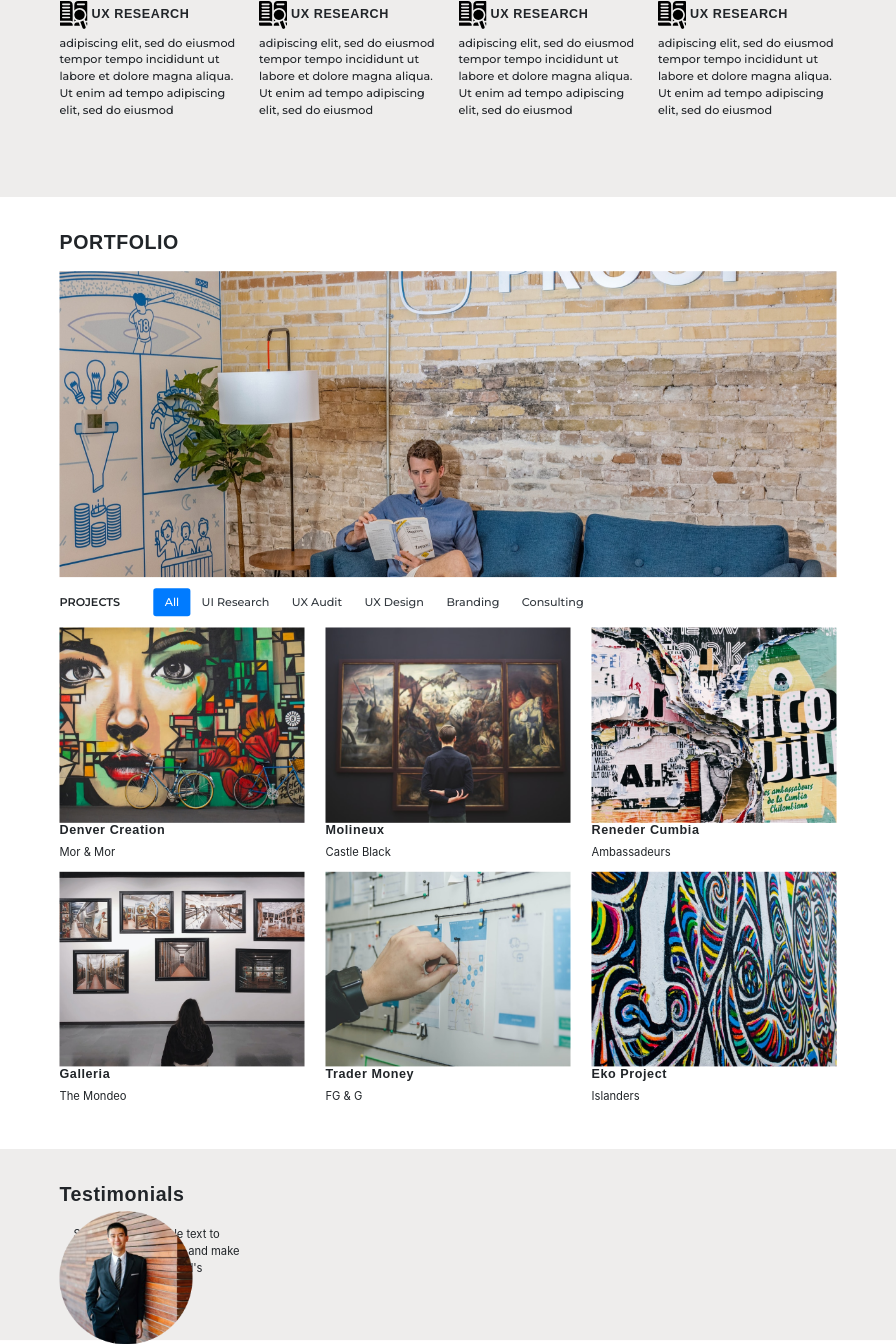
Repository: Syfon01/hng-port
Page: index.html
An editor plug-in stored every save of this project. The page is shown before and after the next save, followed by the edit.
The browser window is 1280 px wide. The pictures show the part of the page from y = 1619 to 3539 px (the page is 3539 px tall), at 70% of full size.
Some web fonts or font styles are not loaded; a fallback is used.

Above is the page before, as saved 2020-06-28 19:25:14.

### index.html
<!doctype html>
<html lang="en">
  <head>
    <title>Resume</title>
    <!-- Required meta tags -->
    <meta charset="utf-8">
    <meta name="viewport" content="width=device-width, initial-scale=1, shrink-to-fit=no">

    <!-- Bootstrap CSS -->
    <link rel="stylesheet" href="https://stackpath.bootstrapcdn.com/bootstrap/4.5.0/css/bootstrap.min.css"
      integrity="sha384-9aIt2nRpC12Uk9gS9baDl411NQApFmC26EwAOH8WgZl5MYYxFfc+NcPb1dKGj7Sk" crossorigin="anonymous">
    <link rel="stylesheet" href="style.css">
  </head>
  <body>
    <section id="home">
      <div class="container pt-3">
        <nav class="navbar navbar-expand-lg navbar-light text-white navigation">
          <a class="navbar-brand head-logo px-3 py-1" href="#">A-Z Creative</a>
          <button class="navbar-toggler" type="button" data-toggle="collapse" data-target="#navbarNav" aria-controls="navbarNav"
            aria-expanded="false" aria-label="Toggle navigation">
            <span class="navbar-toggler-icon"></span>
          </button>
          <div class="collapse navbar-collapse" id="navbarNav">
            <ul class="navbar-nav ml-auto">
              <li class="nav-item active">
                <a class="nav-link head-link" href="#">Home <span class="sr-only">(current)</span></a>
              </li>
              <li class="nav-item">
                <a class="nav-link head-link" href="#">About Us</a>
              </li>
              <li class="nav-item">
                <a class="nav-link head-link" href="#">Services</a>
              </li>
              <li class="nav-item">
                <a class="nav-link head-link" href="#">Portfolio</a>
              </li>
              <li class="nav-item">
                <a class="nav-link head-link" href="#">Testimonials</a>
              </li>
              <li class="nav-item">
                <a class="nav-link head-link " href="#">Contact Us</a>
              </li>
            </ul>
          </div>
        </nav>

        <div class="home-content text-white text-center py-5">
          <h1 class="head-text py-3">CREATIVITY <span style="color: white;">IS</span>
            <br>
            INTELLIGENCE <span style="color: white;">HAVING FUN.</span></h1>
          <p class="head-sub-text py-3">Our personal and effective approach to every <br> project we work on, is why our clients <br> keep coming back.</p>
          <button type="submit" class="btn head-btn btn-light px-4">Get Started</button>
        </div>
      </div>

    </section>

    <section id="about">
      <div class="container py-5">
        <h3>ABOUT A-Z CREATIVES</h3>

        <div class="row py-4">
          <div class="col-lg-8 col-md-8 col-sm-12 col-12">
              <img src="./img/about.png" alt="" srcset="" class="img-fluid">
          </div>

          <div class="col-lg-4 col-md-4 col-sm-12 col-12">
            <p class="about-text">Lorem ipsum dolor sit amet, consectetur adipiscing elit, sed do eiusmod tempor incididunt ut labore et dolore magna aliqua. Ut enim ad minim veniam, quis nostrud exercitation ullamco laboris nisi ut aliquip ex ea commodo consequat. Duis aute irure dolor in reprehenderit in voluptate velit esse cillum dolore eu fugiat nulla pariatur. Excepteur sint occaecat cupidatat non proident, sunt in culpa qui officia deserunt mollit anim id est laborum.</p>
          </div>
        </div>

        <h3 class="py-3">Our personal and effective approach to every project we work on, is why our clients keep coming back.</h3>
      </div>
    </section>

    <section id="services">
      <div class="container py-5">
        <h3>
          OUR SERVICES
        </h3>
        <h4 class="py-3">
          Lorem ipsum dolor sit amet, consectetur adipiscing elit, sed do eiusmod tempor incididunt ut labore et dolore magna
          aliqua. Ut enim ad minim veniam, quis nostrud exercitation ullamco laboris nisi ut aliquip ex ea commodo consequat.
        </h4>

        <div class="row py-5">
          <div class="col-lg-3 col-md-6 col-sm-12 ">
            <h5><img src="./img/svg/ux.svg">  UX RESEARCH</h5>
            <p class="services-text">
              adipiscing elit, sed do eiusmod tempor tempo incididunt ut labore et dolore magna aliqua. Ut enim ad tempo
              adipiscing elit, sed do eiusmod
            </p>
          </div>
          <div class="col-lg-3 col-md-6 col-sm-12 ">
          <h5><img src="./img/svg/ux.svg"> UX RESEARCH</h5>
          <p class="services-text">
            adipiscing elit, sed do eiusmod tempor tempo incididunt ut labore et dolore magna aliqua. Ut enim ad tempo
            adipiscing elit, sed do eiusmod
          </p>
          </div>
          <div class="col-lg-3 col-md-6 col-sm-12 ">
            <h5><img src="./img/svg/ux.svg"> UX RESEARCH</h5>
            <p class="services-text">
              adipiscing elit, sed do eiusmod tempor tempo incididunt ut labore et dolore magna aliqua. Ut enim ad tempo
              adipiscing elit, sed do eiusmod
            </p>
          </div>
          <div class="col-lg-3 col-md-6 col-sm-12 ">
            <h5><img src="./img/svg/ux.svg"> UX RESEARCH</h5>
            <p class="services-text">
              adipiscing elit, sed do eiusmod tempor tempo incididunt ut labore et dolore magna aliqua. Ut enim ad tempo
              adipiscing elit, sed do eiusmod
            </p>
          </div>
        </div>
      </div>
    </section>

    <section id="portfolio">
        <div class="container py-5">
          <h3>PORTFOLIO</h3>
          <div class="img py-3">
            <img src="./img/portfolio.png" alt="" class="img-fluid">
          </div>

          <div class="pill">
            <ul class="nav nav-pills mb-3" id="pills-tab" role="tablist">
              <li class="nav-item projects mr-5 mt-2">
                PROJECTS
              </li>
              <li class="nav-item" role="presentation">
                <a class="nav-link active projects-link" id="pills-all-tab" data-toggle="pill" href="#pills-all" role="tab"
                  aria-controls="pills-all" aria-selected="true">All</a>
              </li>
              <li class="nav-item" role="presentation">
                <a class="nav-link text-dark projects-link" id="pills-reasearch-tab" data-toggle="pill" href="#pills-reasearch" role="tab"
                  aria-controls="pills-reasearch" aria-selected="false">UI Research</a>
              </li>
              <li class="nav-item" role="presentation">
                <a class="nav-link text-dark projects-link" id="pills-audit-tab" data-toggle="pill" href="#pills-audit" role="tab"
                  aria-controls="pills-audit" aria-selected="false">UX Audit</a>
              </li>
              <li class="nav-item" role="presentation">
                <a class="nav-link text-dark projects-link" id="pills-design-tab" data-toggle="pill" href="#pills-design" role="tab"
                  aria-controls="pills-design" aria-selected="false">UX Design</a>
              </li>
              <li class="nav-item" role="presentation">
                <a class="nav-link text-dark projects-link" id="pills-branding-tab" data-toggle="pill" href="#pills-branding" role="tab"
                  aria-controls="pills-branding" aria-selected="false">Branding</a>
              </li>
              <li class="nav-item" role="presentation">
                <a class="nav-link text-dark projects-link" id="pills-consulting-tab" data-toggle="pill" href="#pills-consulting" role="tab"
                  aria-controls="pills-consulting" aria-selected="false">Consulting</a>
              </li>
            </ul>
            <!-- all tabs  -->
            <div class="tab-content" id="pills-tabContent">
              <div class="tab-pane fade show active" id="pills-all" role="tabpanel" aria-labelledby="pills-all-tab">
                <div class="row">
                  <div class="col-lg-4 col-md-4 col-sm-6">
                    <img src="./img/port1.png" alt="" srcset="" class="img-fluid">
                    <h5 class="project-name"> Denver Creation</h5>
                    <p class="project-owner">Mor & Mor</p>
                  </div>
                  <div class="col-lg-4 col-md-4 col-sm-6">
                    <img src="./img/port2.png" alt="" srcset="" class="img-fluid">
                    <h5 class="project-name"> Molineux</h5>
                    <p class="project-owner">Castle Black</p>
                  </div>
                  <div class="col-lg-4 col-md-4 col-sm-6">
                    <img src="./img/port3.png" alt="" srcset="" class="img-fluid">
                    <h5 class="project-name"> Reneder Cumbia</h5>
                    <p class="project-owner">Ambassadeurs</p>
                  </div>
                </div>

                <div class="row">
                  <div class="col-lg-4 col-md-4 col-sm-6">
                    <img src="./img/port4.png" alt="" srcset="" class="img-fluid">
                    <h5 class="project-name"> Galleria</h5>
                    <p class="project-owner">The Mondeo</p>
                  </div>
                  <div class="col-lg-4 col-md-4 col-sm-6">
                    <img src="./img/port5.png" alt="" srcset="" class="img-fluid">
                    <h5 class="project-name"> Trader Money</h5>
                    <p class="project-owner">FG & G</p>
                  </div>
                  <div class="col-lg-4 col-md-4 col-sm-6">
                    <img src="./img/port6.png" alt="" srcset="" class="img-fluid">
                    <h5 class="project-name"> Eko Project</h5>
                    <p class="project-owner">Islanders</p>
                  </div>
                </div>
              </div>
                <!-- ui/ux research  -->
              <div class="tab-pane fade" id="pills-reasearch" role="tabpanel" aria-labelledby="pills-reasearch-tab">
                  <div class="row">
                    <div class="col-lg-4 col-md-4 col-sm-6">
                      <img src="./img/port6.png" alt="" srcset="" class="img-fluid">
                      <h5 class="project-name"> Eko Project</h5>
                      <p class="project-owner">Islanders</p>
                    </div>
                    <div class="col-lg-4 col-md-4 col-sm-6">
                      <img src="./img/port5.png" alt="" srcset="" class="img-fluid">
                      <h5 class="project-name"> Trader Money</h5>
                      <p class="project-owner">FG & G</p>
                    </div>
                    <div class="col-lg-4 col-md-4 col-sm-6">
                      <img src="./img/port4.png" alt="" srcset="" class="img-fluid">
                      <h5 class="project-name"> Galleria</h5>
                      <p class="project-owner">The Mondeo</p>
                    </div>
                  </div>

                  <div class="row">
                    <div class="col-lg-4 col-md-4 col-sm-6">
                      <img src="./img/port3.png" alt="" srcset="" class="img-fluid">
                      <h5 class="project-name"> Reneder Cumbia</h5>
                      <p class="project-owner">Ambassadeurs</p>
                    </div>
                    <div class="col-lg-4 col-md-4 col-sm-6">
                      <img src="./img/port2.png" alt="" srcset="" class="img-fluid">
                      <h5 class="project-name"> Molineux</h5>
                      <p class="project-owner">Castle Black</p>
                    </div>
                    <div class="col-lg-4 col-md-4 col-sm-6">
                      <img src="./img/port1.png" alt="" srcset="" class="img-fluid">
                      <h5 class="project-name"> Denver Creation</h5>
                      <p class="project-owner">Mor & Mor</p>
                    </div>
                  </div>
              </div>
              <!-- ui audit -->
              <div class="tab-pane fade" id="pills-audit" role="tabpanel" aria-labelledby="pills-audit-tab">
                <div class="row">
                  <div class="col-lg-4 col-md-4 col-sm-6">
                    <img src="./img/port3.png" alt="" srcset="" class="img-fluid">
                    <h5 class="project-name"> Reneder Cumbia</h5>
                    <p class="project-owner">Ambassadeurs</p>
                  </div>
                  <div class="col-lg-4 col-md-4 col-sm-6">
                    <img src="./img/port2.png" alt="" srcset="" class="img-fluid">
                    <h5 class="project-name"> Molineux</h5>
                    <p class="project-owner">Castle Black</p>
                  </div>
                  <div class="col-lg-4 col-md-4 col-sm-6">
                    <img src="./img/port1.png" alt="" srcset="" class="img-fluid">
                    <h5 class="project-name"> Denver Creation</h5>
                    <p class="project-owner">Mor & Mor</p>
                  </div>
                </div>

                <div class="row">
                  <div class="col-lg-4 col-md-4 col-sm-6">
                    <img src="./img/port6.png" alt="" srcset="" class="img-fluid">
                    <h5 class="project-name"> Eko Project</h5>
                    <p class="project-owner">Islanders</p>
                  </div>
                  <div class="col-lg-4 col-md-4 col-sm-6">
                    <img src="./img/port5.png" alt="" srcset="" class="img-fluid">
                    <h5 class="project-name"> Trader Money</h5>
                    <p class="project-owner">FG & G</p>
                  </div>
                  <div class="col-lg-4 col-md-4 col-sm-6">
                    <img src="./img/port4.png" alt="" srcset="" class="img-fluid">
                    <h5 class="project-name"> Denver Creation</h5>
                    <p class="project-owner">Mor & Mor</p>
                  </div>
                </div>
              </div>

              <!-- design -->
              <div class="tab-pane fade" id="pills-design" role="tabpanel" aria-labelledby="pills-design-tab">
                <div class="row">
                  <div class="col-lg-4 col-md-4 col-sm-6">
                    <img src="./img/port1.png" alt="" srcset="" class="img-fluid">
                    <h5 class="project-name"> Denver Creation</h5>
                    <p class="project-owner">Mor & Mor</p>
                  </div>
                  <div class="col-lg-4 col-md-4 col-sm-6">
                    <img src="./img/port3.png" alt="" srcset="" class="img-fluid">
                    <h5 class="project-name"> Reneder Cumbia</h5>
                    <p class="project-owner">Ambassadeurs</p>
                  </div>
                  <div class="col-lg-4 col-md-4 col-sm-6">
                    <img src="./img/port5.png" alt="" srcset="" class="img-fluid">
                    <h5 class="project-name"> Trader Money</h5>
                    <p class="project-owner">FG & G</p>
                  </div>
                </div>

                <div class="row">
                  <div class="col-lg-4 col-md-4 col-sm-6">
                    <img src="./img/port2.png" alt="" srcset="" class="img-fluid">
                    <h5 class="project-name"> Molineux</h5>
                    <p class="project-owner">Castle Black</p>
                  </div>
                  <div class="col-lg-4 col-md-4 col-sm-6">
                    <img src="./img/port4.png" alt="" srcset="" class="img-fluid">
                    <h5 class="project-name"> Denver Creation</h5>
                    <p class="project-owner">Mor & Mor</p>
                  </div>
                  <div class="col-lg-4 col-md-4 col-sm-6">
                    <img src="./img/port6.png" alt="" srcset="" class="img-fluid">
                    <h5 class="project-name"> Eko Project</h5>
                    <p class="project-owner">Islanders</p>
                  </div>
                </div>
              </div>
              <!-- branding -->
              <div class="tab-pane fade" id="pills-branding" role="tabpanel" aria-labelledby="pills-branding-tab">
                <div class="row">
                  <div class="col-lg-4 col-md-4 col-sm-6">
                    <img src="./img/port2.png" alt="" srcset="" class="img-fluid">
                    <h5 class="project-name"> Molineux</h5>
                    <p class="project-owner">Castle Black</p>
                  </div>
                  <div class="col-lg-4 col-md-4 col-sm-6">
                    <img src="./img/port4.png" alt="" srcset="" class="img-fluid">
                    <h5 class="project-name"> Denver Creation</h5>
                    <p class="project-owner">Mor & Mor</p>
                  </div>
                  <div class="col-lg-4 col-md-4 col-sm-6">
                    <img src="./img/port6.png" alt="" srcset="" class="img-fluid">
                    <h5 class="project-name"> Eko Project</h5>
                    <p class="project-owner">Islanders</p>
                  </div>
                </div>

                <div class="row">
                  <div class="col-lg-4 col-md-4 col-sm-6">
                    <img src="./img/port1.png" alt="" srcset="" class="img-fluid">
                    <h5 class="project-name"> Denver Creation</h5>
                    <p class="project-owner">Mor & Mor</p>
                  </div>
                  <div class="col-lg-4 col-md-4 col-sm-6">
                    <img src="./img/port3.png" alt="" srcset="" class="img-fluid">
                    <h5 class="project-name"> Reneder Cumbia</h5>
                    <p class="project-owner">Ambassadeurs</p>
                  </div>
                  <div class="col-lg-4 col-md-4 col-sm-6">
                    <img src="./img/port5.png" alt="" srcset="" class="img-fluid">
                    <h5 class="project-name"> Trader Money</h5>
                    <p class="project-owner">FG & G</p>
                  </div>
                </div>
              </div>
              <!-- consulting -->
              <div class="tab-pane fade" id="pills-consulting" role="tabpanel" aria-labelledby="pills-consulting-tab">
                <div class="row">
                  <div class="col-lg-4 col-md-4 col-sm-6">
                    <img src="./img/port6.png" alt="" srcset="" class="img-fluid">
                    <h5 class="project-name"> Eko Project</h5>
                    <p class="project-owner">Islanders</p>
                  </div>
                  <div class="col-lg-4 col-md-4 col-sm-6">
                    <img src="./img/port3.png" alt="" srcset="" class="img-fluid">
                    <h5 class="project-name"> Reneder Cumbia</h5>
                    <p class="project-owner">Ambassadeurs</p>
                  </div>
                  <div class="col-lg-4 col-md-4 col-sm-6">
                    <img src="./img/port2.png" alt="" srcset="" class="img-fluid">
                    <h5 class="project-name"> Molineux</h5>
                    <p class="project-owner">Castle Black</p>
                  </div>
                </div>

                <div class="row">
                  <div class="col-lg-4 col-md-4 col-sm-6">
                    <img src="./img/port5.png" alt="" srcset="" class="img-fluid">
                    <h5 class="project-name"> Trader Money</h5>
                    <p class="project-owner">FG & G</p>
                  </div>
                  <div class="col-lg-4 col-md-4 col-sm-6">
                    <img src="./img/port4.png" alt="" srcset="" class="img-fluid">
                    <h5 class="project-name"> Denver Creation</h5>
                    <p class="project-owner">Mor & Mor</p>
                  </div>
                  <div class="col-lg-4 col-md-4 col-sm-6">
                    <img src="./img/port1.png" alt="" srcset="" class="img-fluid">
                    <h5 class="project-name"> Denver Creation</h5>
                    <p class="project-owner">Mor & Mor</p>
                  </div>
                </div>
              </div>
            </div>
          </div>
        </div>
    </section>

    <section id="testimonials">
      <div class="container py-5">
        <h3>
          Testimonials
        </h3>

        <div class="card-section">
          <div class="row">
            <div class="col-lg-4">
              <div class="card-section">
                <div class="car" style="width: 18rem;">
                  <div class="card-body">

                    <p class="card-text">Some quick example text to build on the card title and make up the bulk of the card's content.
                    </p>
                  </div>
                </div>
                <img src="./img/testimonial1.png" class="img-fluid card-image" alt="...">

              </div>
            </div>
          </div>
        </div>
      </div>

    </section>

    <!-- Optional JavaScript -->
    <!-- jQuery first, then Popper.js, then Bootstrap JS -->
    <script src="https://code.jquery.com/jquery-3.5.1.slim.min.js"
      integrity="sha384-DfXdz2htPH0lsSSs5nCTpuj/zy4C+OGpamoFVy38MVBnE+IbbVYUew+OrCXaRkfj" crossorigin="anonymous"></script>
    <script src="https://cdn.jsdelivr.net/npm/popper.js@1.16.0/dist/umd/popper.min.js"
      integrity="sha384-Q6E9RHvbIyZFJoft+2mJbHaEWldlvI9IOYy5n3zV9zzTtmI3UksdQRVvoxMfooAo" crossorigin="anonymous"></script>
    <script src="https://stackpath.bootstrapcdn.com/bootstrap/4.5.0/js/bootstrap.min.js"
      integrity="sha384-OgVRvuATP1z7JjHLkuOU7Xw704+h835Lr+6QL9UvYjZE3Ipu6Tp75j7Bh/kR0JKI" crossorigin="anonymous"></script>

  </body>
</html>

### style.css
@import url('https://fonts.googleapis.com/css2?family=Montserrat:wght@300;400;500;600;700&family=Playfair+Display+SC:wght@400;700&display=swap');

#home{
  background-image: url('/img/home.png'),
  linear-gradient(to bottom, rgba(0, 0, 0, 0.52), rgba(0, 0, 0, 0.73));
  background-size: cover;
}
.head-logo{
  font-family: 'Montserrat', sans-serif;
  font-weight: bold;
  font-size: 1.875rem;
  color: white!important;
  border: 2px solid white;
}
.head-link {
  font-family: 'Montserrat', sans-serif;
  font-weight: 500;
  font-size: 1rem;
  color: #fff!important;
}
.navigation{
  border-bottom: 3px solid white;
}
.head-text{
  font-family: 'Playfair Display SC', sans-serif;
  font-weight: bold;
  font-size: 3.125rem;
  color: #FF49C8;
}
.head-sub-text{
  font-family: 'Montserrat', sans-serif;
  font-weight: 500;
  font-size: 1.5rem;
}
.head-btn{
  font-family: 'Playfair Display SC', sans-serif;
  font-weight: bold;
  font-size: 1rem;
  border-radius: 1.875rem;
  cursor: pointer;
}
h3{
  font-family: 'Playfair Display SC', sans-serif;
  font-weight: bold;
  font-size: 1.75rem;
  letter-spacing: 0.8px;
}
.about-text{
  font-family: 'Montserrat', sans-serif;
  font-weight: 500;
  font-size: 1rem;
}
#services, #testimonials{
  background-color: #EEEDEC;
}
h4{
  font-family: 'Montserrat', sans-serif;
  font-weight: 500;
  font-size: 1.25rem;
}
h5{
  font-family: 'Playfair Display SC', sans-serif;
  font-weight: bold;
  font-size: 1.125rem;
  letter-spacing: 0.8px;
}
.services-text{
  font-family: 'Montserrat', sans-serif;
  font-weight: 500;
  font-size: 1rem;
}
.projects{
  font-family: 'Montserrat', sans-serif;
  font-weight: 600;
  font-size: 1rem;
}
.projects-link{
  font-family: 'Montserrat', sans-serif;
  font-weight: 500;
  font-size: 1rem;
}

.card-image{
  position: absolute;
  top:0;
  left:0;
}

.card-section{
  position:relative
}

After the next save:
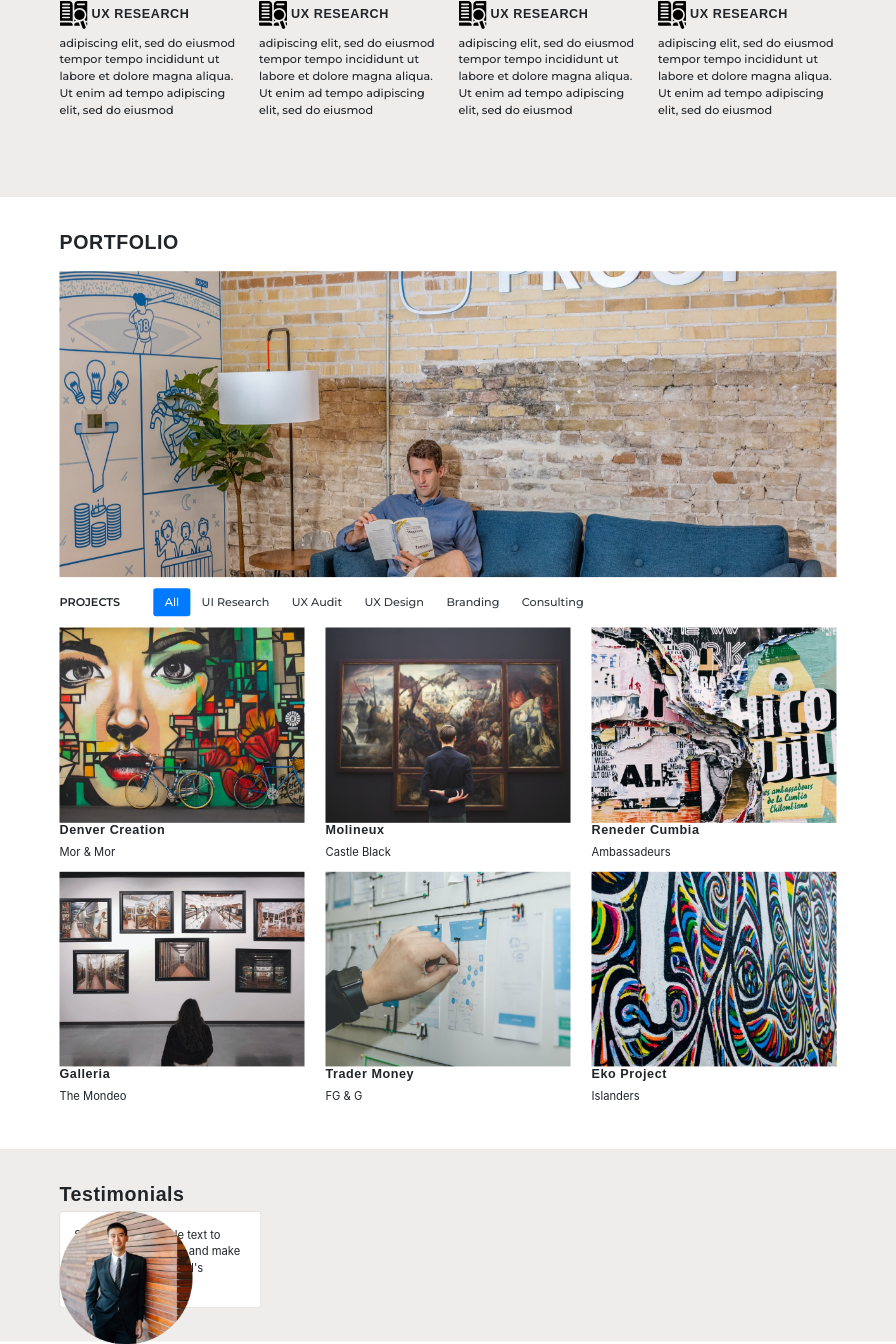
Saved 5 s later.
--- a/index.html
+++ b/index.html
@@ -398,7 +398,7 @@
           <div class="row">
             <div class="col-lg-4">
               <div class="card-section">
-                <div class="car" style="width: 18rem;">
+                <div class="card" style="width: 18rem;">
                   <div class="card-body">
 
                     <p class="card-text">Some quick example text to build on the card title and make up the bulk of the card's content.
